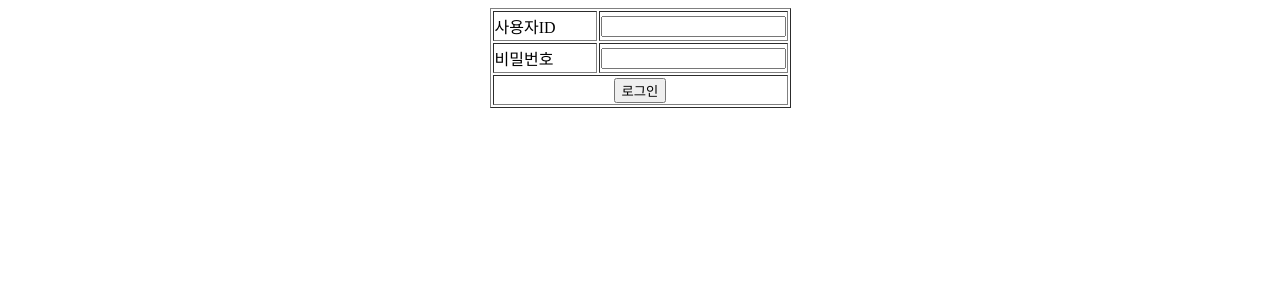
Repository: choogeonhwi/java-
Page: http://localhost/spring_test_member_jdbc/login.jsp
These files come from the project's save history. The page is drawn as it stood at one moment and after the next save; the edit follows.
The browser window is 1280 px wide. The pictures show the whole page.
The page is served by Tomcat 9.

Above is the page before, as saved 2024-01-12 01:47:19.

After the next save:
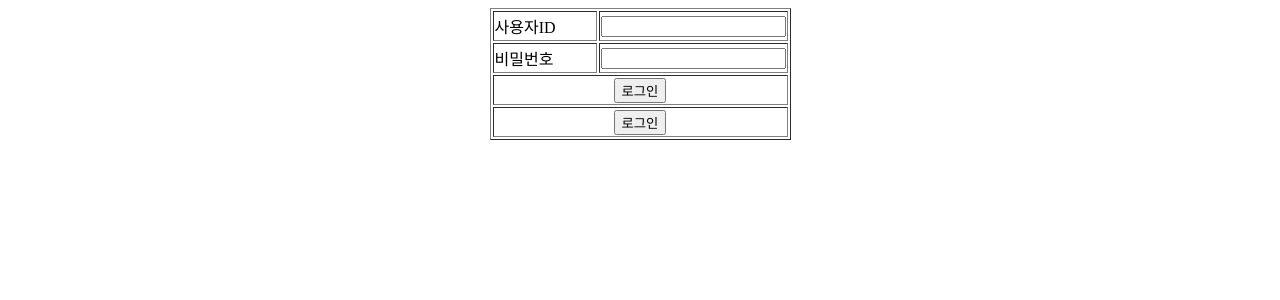
Saved 36 s later.
--- a/Spring/spring_test_member_jdbc/src/main/webapp/login.jsp
+++ b/Spring/spring_test_member_jdbc/src/main/webapp/login.jsp
@@ -30,6 +30,12 @@
 					<input type="submit" value="로그인">
 				</td>
 			</tr>
+			<tr height="30">
+				<td colspan="2" align="center">
+					<input type="submit" value="로그인">
+				</td>
+			</tr>
+
 		</form>
 	</table>
 </body>
